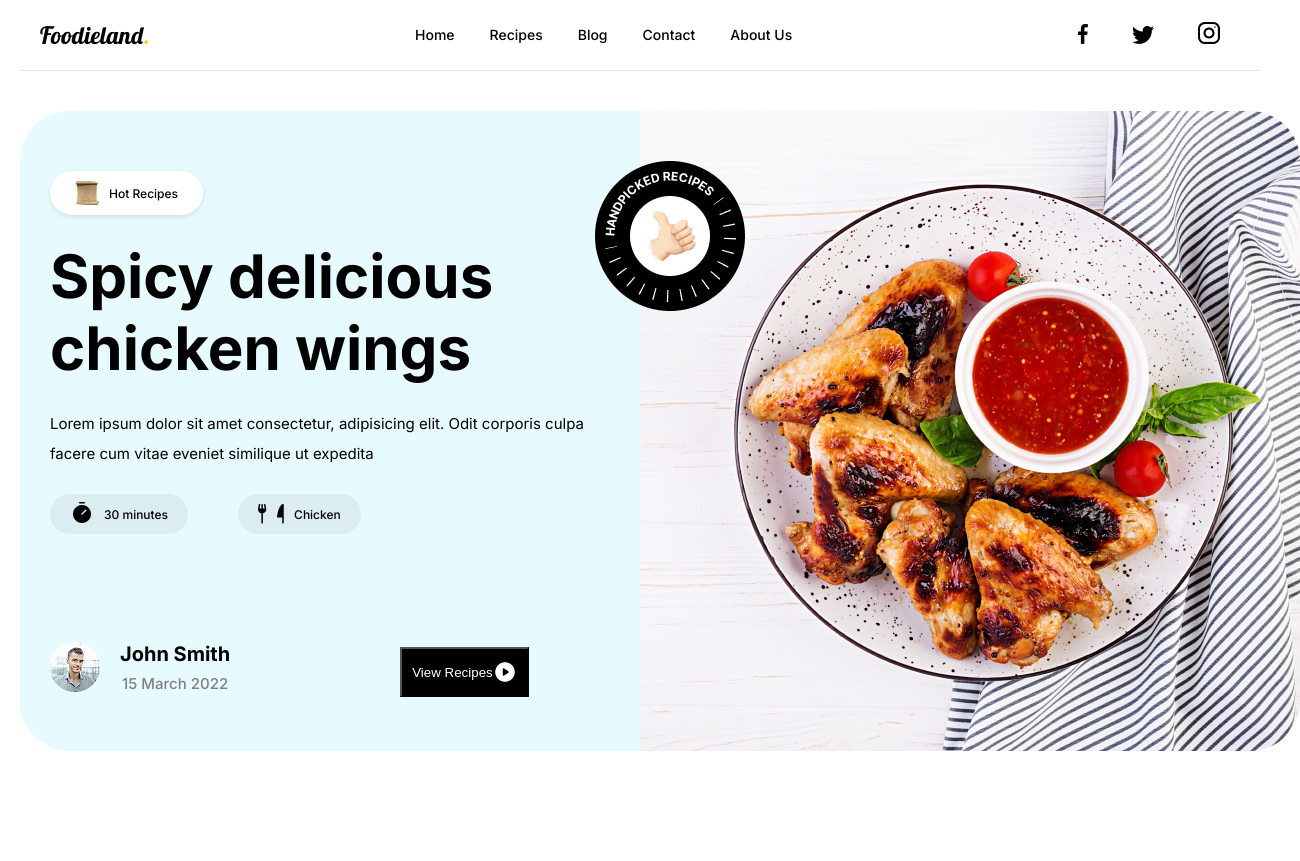
Repository: SolomonChinonso/Advanced-html-and-css-project
Page: index.html
The author's editor kept a copy of each file at every save. The page is drawn from the files as they stood at one save, then again after a run of saves.
The browser window is 1280 px wide. The page is 1300 px wide, so the pictures cover 1300 px, including what lies to the right of the window. The pictures show the whole page.

Above is the page before, as saved 2026-04-16 13:44:54.

### index.html
<!DOCTYPE html>
<html lang="en">
<head>
    <meta charset="UTF-8">
    <meta name="viewport" content="width=device-width, initial-scale=1.0">
    <title>Document</title>
    <link rel="stylesheet" href="style.css">
    <link href="https://fonts.googleapis.com/css2?family=Lobster&display=swap" rel="stylesheet">
    <link href="https://fonts.googleapis.com/css2?family=Inter:wght@400;500;600;700&display=swap" rel="stylesheet">
</head>
<body>
    <header>
        <strong class="logo">Foodieland<em class="dot">.</em></strong>
        <nav>

            <ul>
                <li><a href="#">Home</a></li>
                <li><a href="#">Recipes</a></li>
                <li><a href="#">Blog</a></li>
                <li><a href="#">Contact</a></li>
                <li><a href="#">About Us</a></li>
            </ul>

        </nav>
        <section class="social-handles">
                <a href="#"><img src="./social-icons/001-facebook.png" alt="facebook"></a>
                <a href="#"><img src="./social-icons/003-twitter.png" alt=""></a>
                <a href="#"><img src="./social-icons/004-instagram.png" alt=""></a>
        </section>
    </header>

    <section class="banner">
        <div class="badge">
            <img src="./images/Badge.png" alt="">
        </div>
        <div class="banner-section">

            <div class="details">
                <span class="hot-recipe"><img src="./social-icons/image 14 (1).png" alt="">Hot Recipes</span>

                <h1>Spicy delicious chicken wings
                </h1>

                <p> Lorem ipsum dolor sit amet consectetur, adipisicing elit. Odit corporis culpa facere cum vitae eveniet similique ut expedita
                </p>

                <div class="timer-utensils">
                    <span><img src="./social-icons/Timer.png" alt="timer">30 minutes</span>

                    <span><img src="./social-icons/Vector (1).png" alt=""><img src="./social-icons/Vector.png" alt=""> Chicken
                    </span>
                </div>

                <div class="author-profile">

                    <span>
                        <img src="./social-icons/Ellipse 2 (1).png" alt="">
                    </span>
                    <span class="author-details">
                            <strong>John Smith</strong><p>15 March 2022</p>
                    </span>
                     <button type="button">View Recipes <img src="./social-icons/PlayCircle.png" alt="">
                </button>
                </div>



           </div>
            <div class="banner-img">
                <img src="./images/Mask Group.png" alt="">
            </div>
        </div>
    </section>
</body>
</html>

### style.css
*{
    margin: 0;
    padding: 0;
    box-sizing: border-box;
}
body{
    max-width: 100vw;
    margin: 0 20px;
    padding: 0;

}
header{
    display: flex;
    flex-direction: row;
    justify-content: space-between;
    align-items: center;
    text-align: center;
    margin: 0px;
    padding: 20px;
    flex-wrap: wrap;
    border-bottom: 1px solid #e5e7eb;
}
nav{
    display: flex;
    justify-content: space-between;
    flex-wrap: wrap;
}
nav ul{
    display: flex;
    list-style: none;
    justify-content: space-between;
    text-align: center;
    flex-wrap: wrap;
    gap: 35px;
}
li a{
    text-decoration: none;
    color: black;
    font-family: inter;
    font-weight: 500;
    font-size: 14px;
    letter-spacing: -3%;
}

.social-handles a{
    padding: 20px;
    flex-wrap: wrap;
}
.logo{
    font-family: lobster;
    font-weight: 400;
    font-size: 24px;
}
.dot{
    color:rgb(251, 207, 47)
}
.banner{
    display: flex;
    flex-direction: column;
    justify-content: center;
    align-items: center;
    flex-wrap: wrap;
    position: relative;
    margin-top: 0;
    padding: 0;
    top: -110px;
    font-family: inter;

}
.badge{
    width: 150px;
    display: flex;
    position: relative;
    top: 200px;
    right: -30px;

}
.banner-section{
    display: flex;
    align-items: center;
    justify-content: center;
    flex: 0 auto;
    height: 640px;
    width: 100%;
    border-radius: 15px;
    flex-wrap: wrap;

}
.details{
    display: flex;
    flex-direction: column;
    justify-content: start;
    align-items: flex-start;
    background-color: #E7FAFE;
    min-width: 50%;
    height: 100%;
    padding: 30px;
    border-radius: 50px 0 0 50px;
    flex: 1;
    width: 640px;
}
.banner-img{
    display: flex;
    min-width: 50%;
    height: 100%;
    flex: 1;
    /* object-fit: fill; */
    width: 660px;
}
span{
    display: flex;
    justify-content: center;
    align-items: center;
    font-family: inter;
    font-size: 12px;
    font-weight: 500;
    gap: 10px;
}
.hot-recipe{
    background-color: white;
    padding: 10px 25px;
    border-radius: 30px;
    box-shadow: 0 2px 5px rgba(0,0,0,0.1);
    margin-top: 30px;
}
h1{
    font-size: 60px;
    margin: 25px 0;
}
p{
    font-size: 15px;
    line-height: 30px;
    margin-bottom: 25px;
}
.timer-utensils{
    display: flex;
    gap: 50px;
}
.timer-utensils span{
    background-color: rgba(0,0,0,0.05);
    padding: 8px 20px;
    border-radius: 20px;
}
.author-profile{
    display: flex;
    text-align: center;
    justify-content: center;
    gap: 20px;
    position: relative;
    bottom: -95px;
}
.author-details{
    display: flex;
    flex-direction: column;
    position: relative;
    top: 20px;
    line-height: 10px;

}
.author-details strong{
    font-size: 20px;
}
.author-details p{
    color: gray;
}
button{
    display: flex;
    justify-content: center;
    align-items: center;
    margin-left: 150px;
    font-weight: 500;
    color: white;
    background-color: black;
    padding: 0 10px;
    height: 50px;
    position: relative;
    top: 18px;
}

After the next 2 saves:
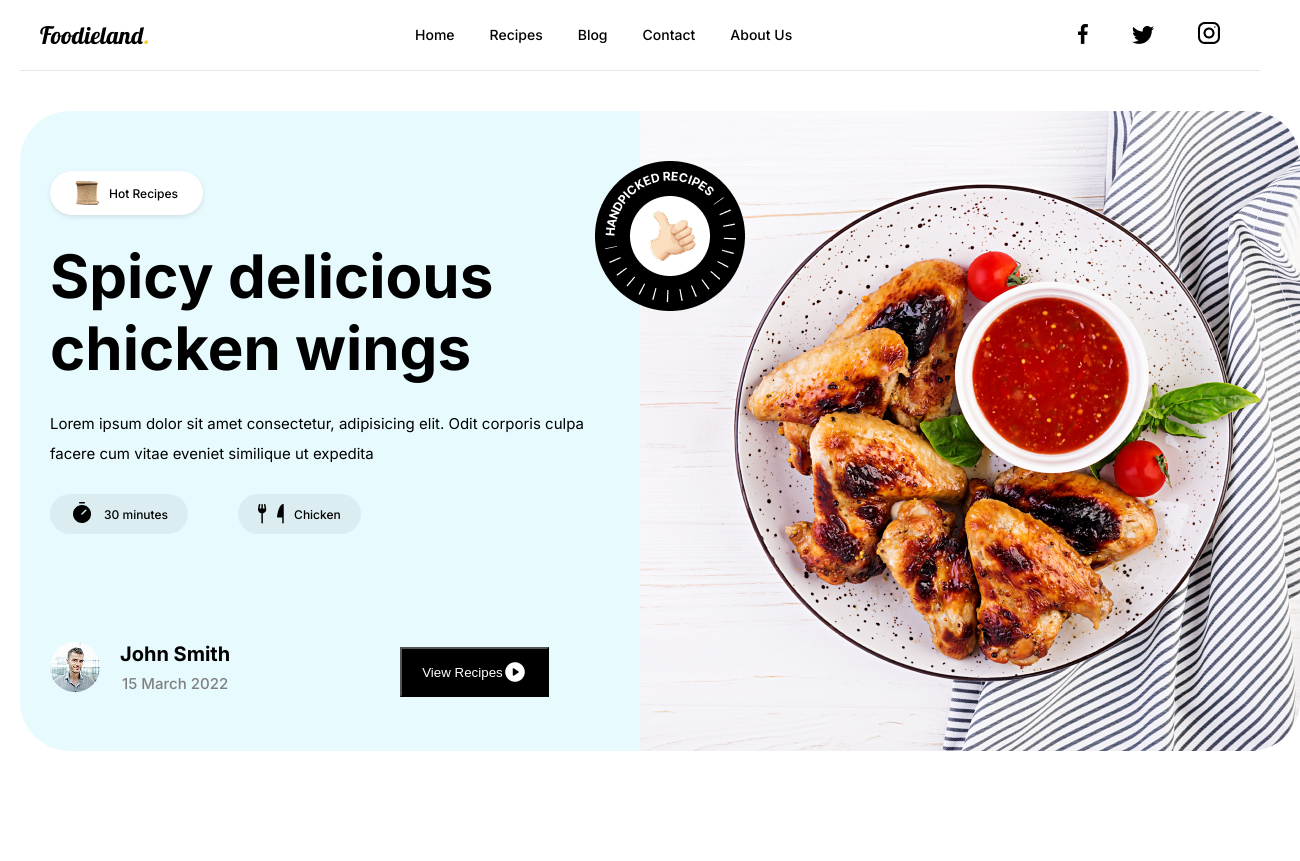
The 2 saves are shown as one change because they came seconds apart.
The last was saved 10 s later.
--- a/style.css
+++ b/style.css
@@ -171,8 +171,9 @@ button{
     font-weight: 500;
     color: white;
     background-color: black;
-    padding: 0 10px;
+    padding: 0 20px;
     height: 50px;
     position: relative;
     top: 18px;
+
 }
